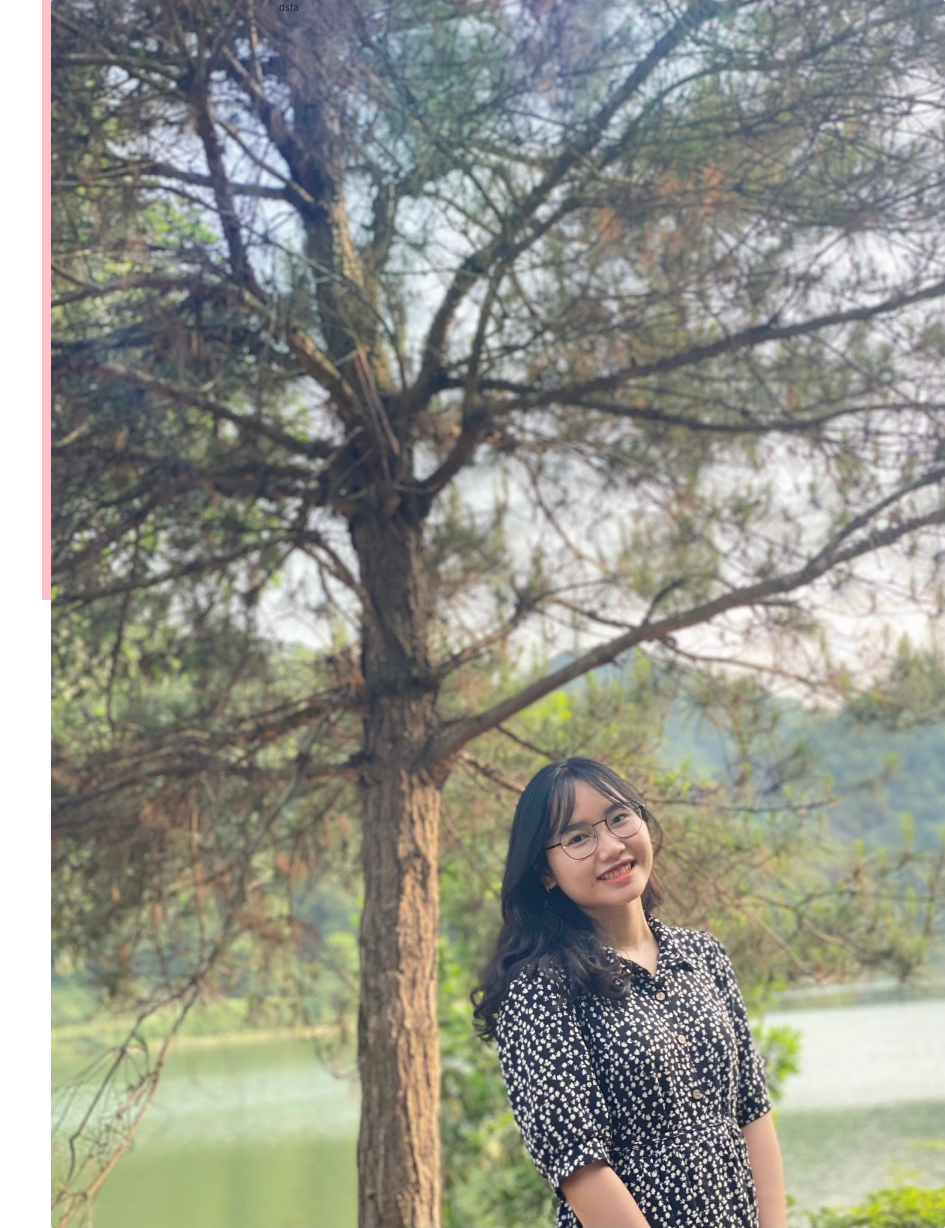
Repository: huyennvo/CSS
Page: CV/index.html
An editor plug-in stored every save of this project. The page is shown before and after the next save, followed by the edit.
The browser window is 1280 px wide. The page is 1575 px wide, then 1280 px, so the pictures cover 1575 px, including what lies to the right of the window. The pictures show the whole page, at 60% of full size.

Above is the page before, as saved 2022-07-18 14:36:23.

### CV/index.html
<!DOCTYPE html>
<html lang="en">
<head>
    <meta charset="UTF-8">
    <meta http-equiv="X-UA-Compatible" content="IE=edge">
    <meta name="viewport" content="width=device-width, initial-scale=1.0">
    <title>CV</title>
    <link rel="stylesheet" href="./style.css">
    <link rel="stylesheet" href="https://cdn.jsdelivr.net/npm/bootstrap@4.6.1/dist/css/bootstrap.min.css" integrity="sha384-zCbKRCUGaJDkqS1kPbPd7TveP5iyJE0EjAuZQTgFLD2ylzuqKfdKlfG/eSrtxUkn" crossorigin="anonymous">

</head>
<body>
    <div class="container">
        <div class="row">
            <div class="left col-sm-4">
                <img src="./Võ Thị Huyền.jpg" class="rounded" alt="Cinque Terre">
            </div>
            <div class="right col-sm-8">
                dsfa
            </div>
        </div>
    </div>
</body>
</html>

### CV/style.css
*{
    margin: 0;
    padding: 0;
}

.container {
    width: 500px;
    height: 1000px;
    background-color: pink;
}

.rounded {
    size-adjust: 40%;
}
.left {

}

.right {

}

After the next save:
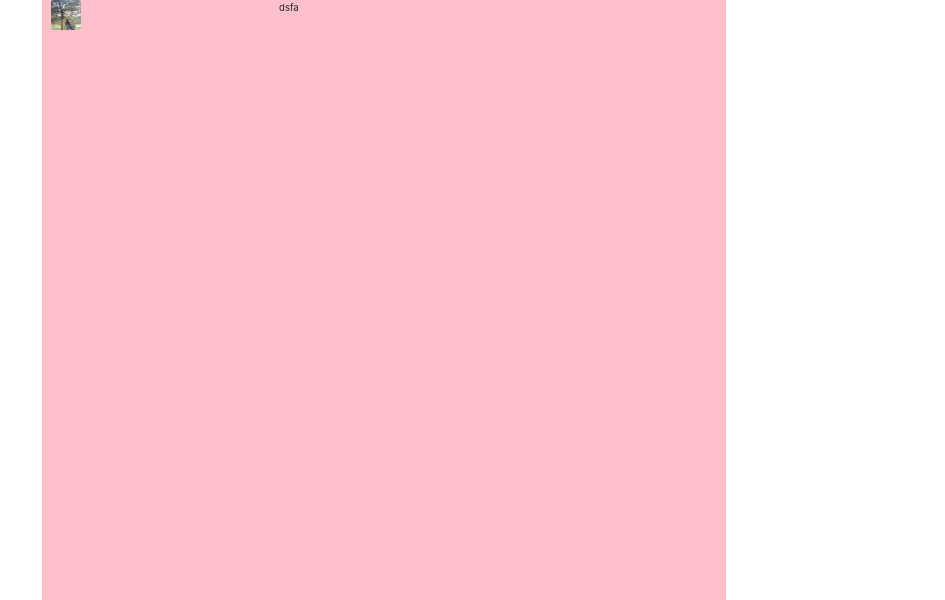
Saved 14 s later.
--- a/CV/style.css
+++ b/CV/style.css
@@ -10,7 +10,8 @@
 }
 
 .rounded {
-    size-adjust: 40%;
+    width: 50px;
+    height: 50px;
 }
 .left {
 
